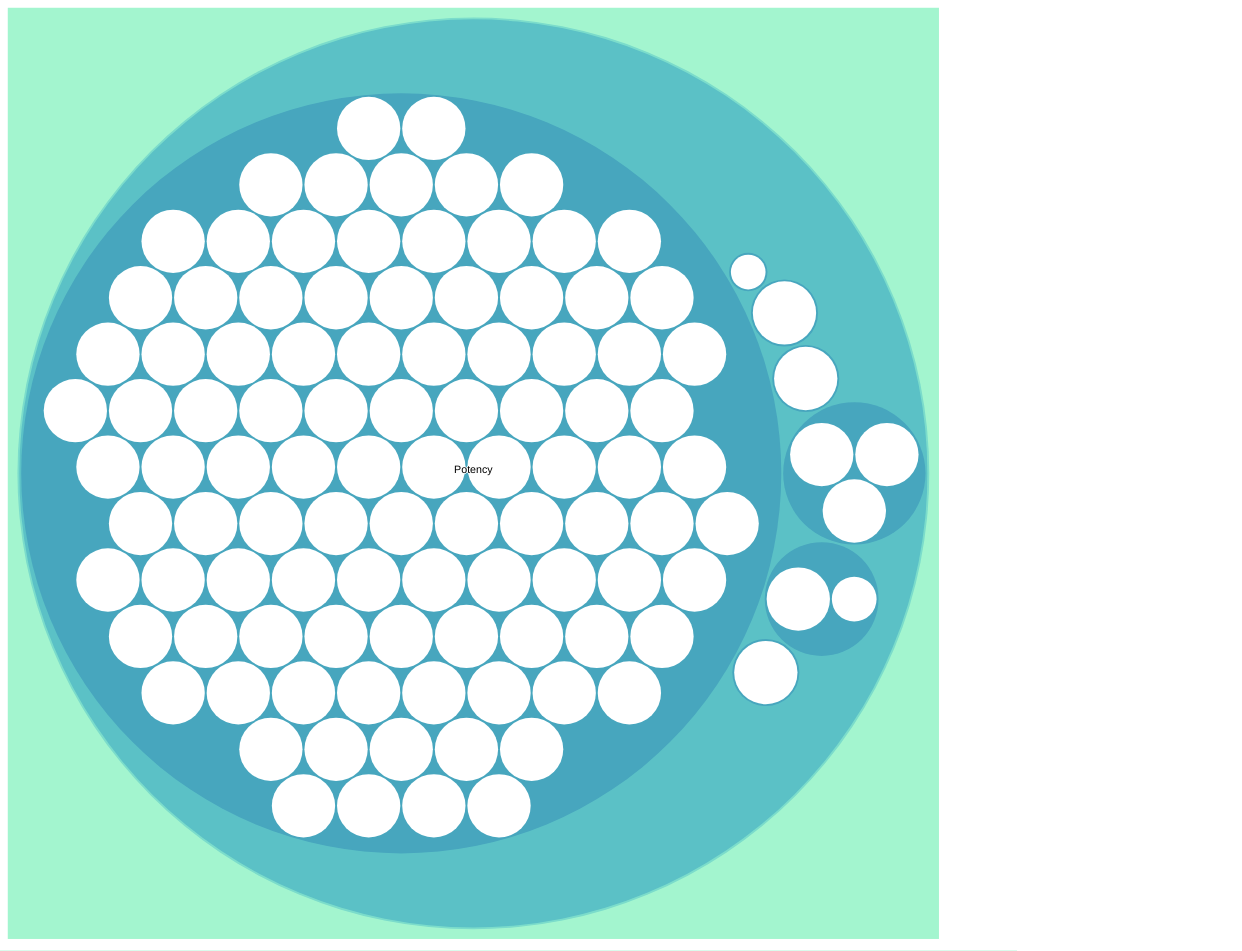
Repository: m0llyc00k/ms-2
Page: clusters/index.html
The author's editor kept a record of every edit. The page is drawn from the files as they stood at one moment, then again after the next edit.
The browser window is 1280 px wide. The pictures show the whole page, at 97% of full size.

Above is the page before.

After the next edit:
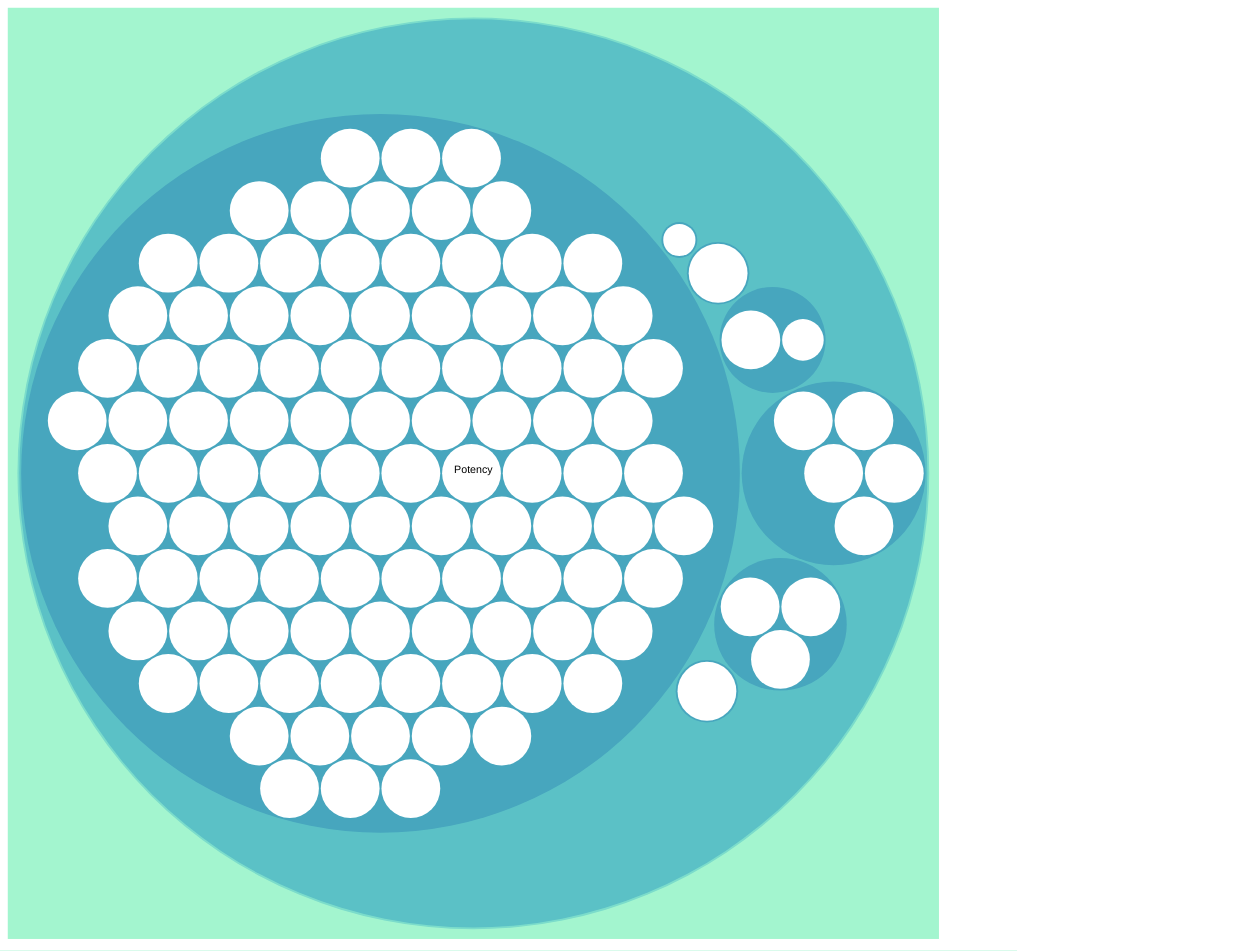
The edit:
--- a/clusters/morph.json
+++ b/clusters/morph.json
@@ -140,6 +140,10 @@
                 {
                     "name": "HEROIN",
                     "children": [
+                        { "size": 1 },
+                        { "size": 1 },
+                        { "size": 1 },
+                        { "size": 1 },
                         { "size": 1 }
 
                     ]
